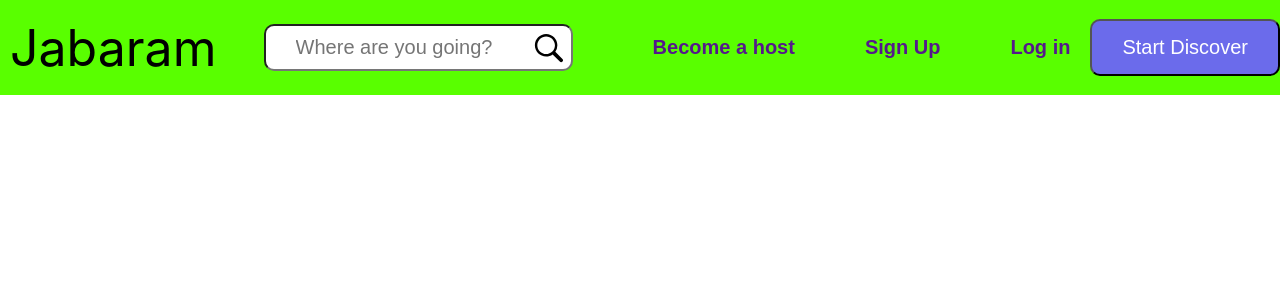
Repository: manahiang/Jabaram-web
Page: / (app in src/)
An editor plug-in stored every save of this project. The page is shown before and after the next save, followed by the edit.
The browser window is 1280 px wide. The pictures show the whole page.
The project was rebuilt for these pictures with package versions that can differ from the ones it lists, and the page was loaded fresh each time. Also part of the build but not shown: src/src/App.css.

Above is the page before, as saved 2022-11-30 10:03:15.

### src/src/index.css
body {
  margin: 0;
  padding: 0;
  font-family: -apple-system, BlinkMacSystemFont, 'Segoe UI', 'Roboto', 'Oxygen',
    'Ubuntu', 'Cantarell', 'Fira Sans', 'Droid Sans', 'Helvetica Neue',
    sans-serif;
  -webkit-font-smoothing: antialiased;
  -moz-osx-font-smoothing: grayscale;
}

code {
  font-family: source-code-pro, Menlo, Monaco, Consolas, 'Courier New',
    monospace;
}
.container{
  width: 100%;
  height: auto;
  background-color: rgb(227, 212, 194);
}
.header{
  max-width: 1780px;
  height: auto;
  background-color: rgb(89, 255, 0);
  margin: auto;
  display: flex;
  align-items: center;
  justify-content:space-between
}
.header ul li{
  display: inline-block;
  padding: 20px;
  margin-left: 20px;
  transition: all 0.5s;
}
.header ul li a{
  text-decoration: none;
  font-size: 20px;
  font-family:Arial, Helvetica, sans-serif;
  font-weight: 800;
 transition: all 0.5s;
 margin-left: 10px;
}
.header ul li:hover {
  color: rgb(41, 34, 34);
  background-color: rgb(195, 173, 173);
  border-radius: 10px;
}
.menu input{
  padding: 10px;
  outline: none;
  border-radius: 10px;
  padding-left: 30px;
  font-size: 20px;
}
.menu ul   button{
  font-size: 20px;
  background-color: rgb(107, 107, 235);
  color: white;
  padding: 15px;
  padding-left: 30px;
  padding-right: 30px;
  border-radius: 10px;
  outline: none;
  cursor: pointer;
}
.icon-search-Go{
  transform: translate(-40px,10px);
  transition: all 0.6s;
  font-size: 30px;
}
.icon-search-Go:hover{
  cursor: pointer;
  color: rgb(52, 49, 49);
}
/* Logo */

.logo{
  margin-left: 10px;
  font-size: 50px;
  cursor: pointer;
}

### src/src/App.js

import './App.css';
import'./index.css';
import Header from './header';

function App() {
  return (
    <>
    <Header/>
    </>
  );
}

export default App;

### src/src/header.js
import React from 'react'
import { GoSearch } from "react-icons/go";

function Header() {
    return (
        <div className='container'>
            <div className='header'>
                <div className='logo'>Jabaram</div>
                <div className='menu'>
                    <ul>
                        <input placeholder='Where are you going?' />
                        <GoSearch className='icon-search-Go'/>
                        <li><a href=''>Become a host</a></li>
                        <li><a href=''>Sign Up</a></li>
                        <li><a href=''>Log in</a></li>
                        <button>Start Discover</button>
                    </ul>
                </div>
            </div>
        </div>
    )
}

export default Header

Loaded but not shown: src/public/index.html (common file); src/src/index.js (common file); src/src/reportWebVitals.js (common file)

After the next save:
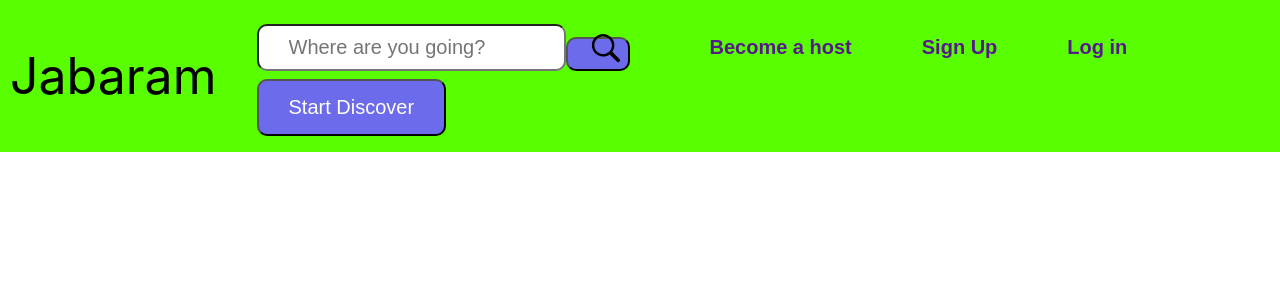
Saved 55 s later.
--- a/src/src/header.js
+++ b/src/src/header.js
@@ -9,7 +9,7 @@ function Header() {
                 <div className='menu'>
                     <ul>
                         <input placeholder='Where are you going?' />
-                        <GoSearch className='icon-search-Go'/>
+                        <button></button><GoSearch className='icon-search-Go'/>
                         <li><a href=''>Become a host</a></li>
                         <li><a href=''>Sign Up</a></li>
                         <li><a href=''>Log in</a></li>
